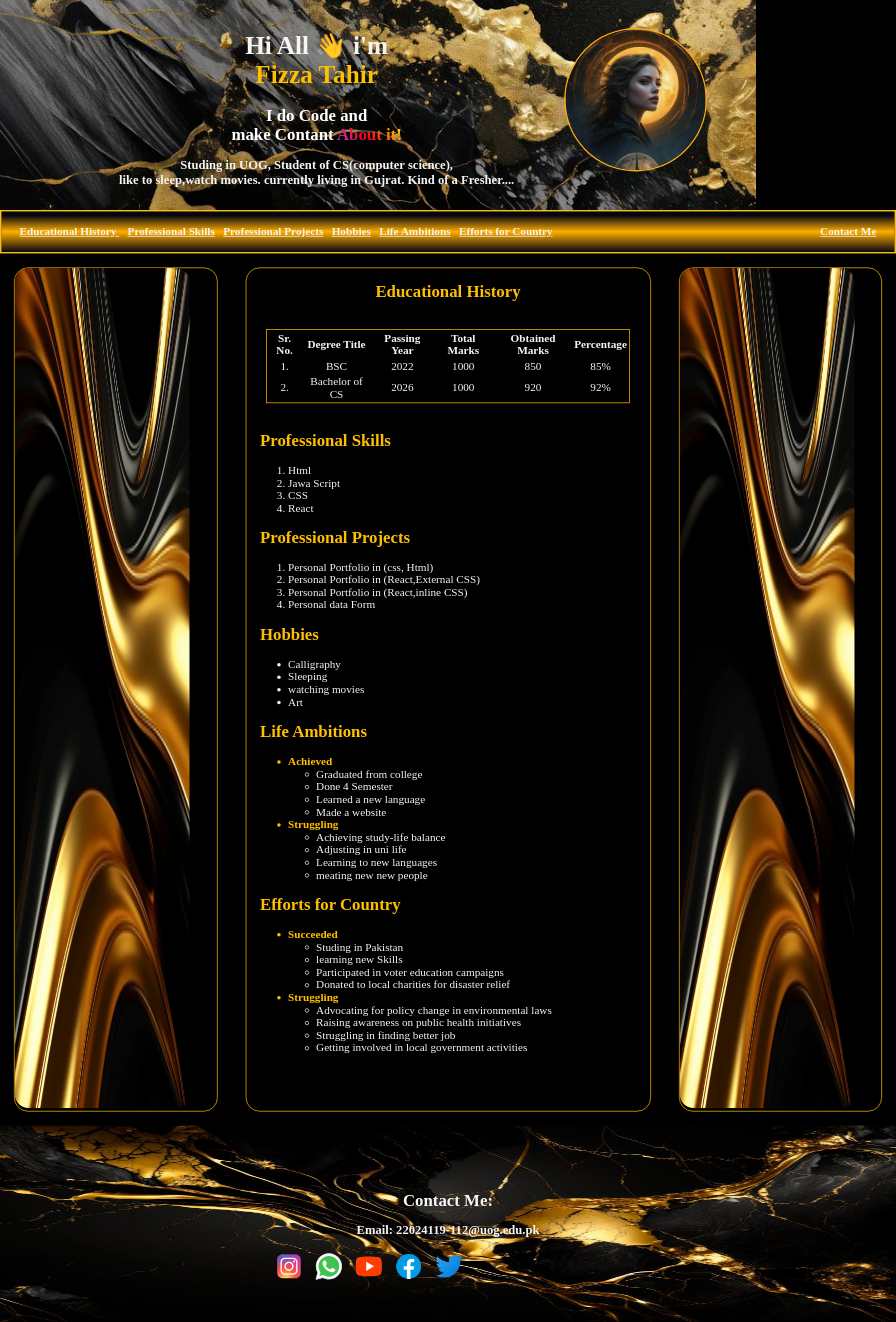
Repository: Fizza-112/project
Page: /
An editor plug-in stored every save of this project. The page is shown before and after the next save, followed by the edit.
The browser window is 1280 px wide. The pictures show the whole page, at 70% of full size.
The project was rebuilt for these pictures with package versions that can differ from the ones it lists, and the page was loaded fresh each time. Also part of the build but not shown: vite.config.ts.

Above is the page before, as saved 2024-09-20 14:23:13.

### src/App.tsx

import "./App.css"

import instaimg from "./components/icons8-insta.svg"
import whatsappimg from "./components/icons8-whatsapp.svg"
import youtubeimg from "./components/icons8-youtube.svg"
import facebookimg from "./components/facebook icon.png"
import twitterimg from "./components/twitter.png"
import marbelimg from "./components/marbel.webp"
import profimg from "./assets/WhatsApp Image 2024-09-20 at 8.07.10 AM.jpeg"
import sidedivimg from "./assets/sidediv.webp"
import contantimg from "./assets/bg.jpg"
const App = () => {
  return (
    <>
    <header>
    <div className="header-container">
      {/* Base image */}
      <img
        className="base-image"
         src={marbelimg}
        alt="Profile"
      />

      {/* Content inside the header */}
      <div className="header-content">
        <h1 className="header-text"><b>Hi All 👋 i'm <br/><span className="nam"> Fizza Tahir</span> </b></h1>
        <div> <h2 className="contant">I do Code and<br/> make Contant <span className="span">About it!</span> </h2></div>
        <p className="sub-text">Studing in UOG, Student of CS(computer science),<br/>
        like to sleep,watch movies. currently living in Gujrat. Kind of a Fresher....</p>
      </div>

      {/* Another image (e.g., profile or other image) on the right side */}
      <img
        className="side-image"
         src={profimg}
        alt="Profile on Right"
      />
    </div>

  </header>


    <nav id="nav">
      <div>
  <a href='#EducationalHistory'>Educational History </a>
  <a href='#ProfessionalSkills'>Professional Skills</a>
  <a href="#ProfessionalProjects">Professional Projects</a>
  <a href="#Hobbies">Hobbies</a>
  <a href="#life-ambitions">Life Ambitions</a>
  <a href="#efforts-for-country">Efforts for Country</a>
  </div>
  <div>
  <a href="#Contact-Me">Contact Me</a>
  </div>
</nav>

<div className="div">
<div id="blank-div">
  <img className="leftdiv"src={sidedivimg} alt="img" />
</div>

<div id='main-contant'>

  <div id="EducationalHistory">

    <h2 className='nam'>Educational History</h2>
        <table>
            <thead >
                <tr>
                    <th>Sr. No.</th>
                    <th>Degree Title</th>
                    <th>Passing Year</th>
                    <th>Total Marks</th>
                    <th>Obtained Marks</th>
                    <th>Percentage</th>
                </tr>
            </thead>
            <tbody>
                <tr>
                    <td>1.</td>
                    <td>BSC</td>
                    <td>2022</td>
                    <td>1000</td>
                    <td>850</td>
                    <td>85%</td>
                </tr>
                <tr>
                    <td>2.</td>
                    <td>Bachelor of CS</td>
                    <td>2026</td>
                    <td>1000</td>
                    <td>920</td>
                    <td>92%</td>
                </tr>
            </tbody>
        </table>

  </div>

  <div id="ProfessionalSkills">
<h2 className='nam'>Professional Skills</h2>
<ol>
<li>Html</li>
<li>Jawa Script</li>
<li>CSS</li>
<li>React</li>
</ol>
   </div>

  <div id="ProfessionalProjects">
<h2 className='nam'>Professional Projects</h2>
<ol>
<li>Personal Portfolio in (css, Html)</li>
<li>Personal Portfolio in (React,External CSS)</li>
<li>Personal Portfolio in (React,inline CSS)</li>
<li>Personal data Form</li>
</ol>
   </div>

  <div id="Hobbies">
<h2 className='nam'>Hobbies</h2>
<ul>
<li>Calligraphy</li>
<li>Sleeping</li>
<li>watching movies</li>
<li>Art</li>
</ul>
   </div>

   <div id="life-ambitions">
    <h2 className='nam'>Life Ambitions</h2>
    <ul>
      <li className='nam'><b >Achieved</b></li>
      <ul>
        <li>Graduated from college</li>
        <li>Done 4 Semester </li>
        <li>Learned a new language</li>
        <li>Made a website </li>
      </ul>
      <li className='nam'><b >Struggling</b></li>
      <ul>
        <li>Achieving study-life balance</li>
        <li>Adjusting in uni life</li>
        <li>Learning to new languages</li>
        <li>meating new new people</li>
      </ul>
    </ul>
    </div>

    <div id="efforts-for-country">
    <h2 className='nam'>Efforts for Country</h2>
    <ul>
      <li className='nam'><b >Succeeded</b></li>
      <ul>
        <li>Studing in Pakistan</li>
        <li>learning new Skills</li>
        <li>Participated in voter education campaigns</li>
        <li>Donated to local charities for disaster relief</li>
      </ul>
      <li className='nam'><b >Struggling</b></li>
      <ul>
        <li>Advocating for policy change in environmental laws</li>
        <li>Raising awareness on public health initiatives</li>
        <li>Struggling in finding better job</li>
        <li>Getting involved in local government activities</li>
      </ul>
    </ul>
  </div>

  </div>
  <div id="end">
  <img className="rightdiv"src={sidedivimg} alt="img" />
  </div>
  </div>

<div id="Contact-Me">
  <footer>
  <div className="footer-container">
      {/* Base image for footer */}
      <img
       className="footer-image"
       src={contantimg}
      alt="Profile"
      />

      {/* Footer content (heading and icons) */}
      <div className="footer-content">
        <h2 className="footer-heading">Contact Me:</h2>
        <h3 className="footer-email">Email: 22024119-112@uog.edu.pk</h3>

        {/* Social media icons */}
        <div className="social-icons">
        <a href="https://www.instagram.com/" target='_blank'><img src={instaimg} alt='icon' className='icons'></img></a>
  <a href="https://web.whatsapp.com/" target='_blank'><img src={whatsappimg} alt='icon' className='icons'></img></a>
  <a href="https://www.youtube.com/" target='_blank'><img src={youtubeimg} alt='icon' className='icons'></img></a>
  <a href="https://www.facebook.com/login/?next=https%3A%2F%2Fwww.facebook.com%2F" target='_blank'><img src={facebookimg} alt='icon' className='icons'></img></a>
  <a href="https://twitter.com/i/flow/login" target='_blank'><img src={twitterimg} alt='icon' className='icons'></img></a>

        </div>
      </div>
    </div>
    </footer>
  </div>
    </>
  )
}

export default App

### src/App.css
body{
  margin: 0px;
  padding: 0px;

  /* background-color:bisque;
  background-image: linear-gradient(19deg, bisque 0%, #989fff 100%);
   */
   /* background-color:bisque;
background-image: linear-gradient(62deg, bisque 0%, #945cfd 100%); */
/* background-color: #001886;
background-image: linear-gradient(43deg, #001886 0%, #05060f 46%, #001886  100%); */
background-color:black;



}
.header-container{
  display: flex;
  align-items: center;
  justify-content: center;
  width: 200%;
  height: 300px;
  /* color:aliceblue;
  background-color: #0c0c0c;
background-image: linear-gradient(43deg, gold 0%,#161516 46%, black 100%); */
position: relative;
max-width: 1080px;

}

.base-image{
  width: 200%;
  height: 300px;
 background-size:contain;
 object-fit: cover;
}
.header-content {
  position: absolute;
  top: 20px; /* Adjust padding from top */
  left: 20px; /* Adjust padding from left */
  color: white;

}
@media (max-width: 768px){
header{
  display: flex;
  align-items: center;
  justify-content: center;
  width: 100%;
  color:aliceblue;
  background-color: #001886;
  background-image: linear-gradient(180deg, #05060f 10%,#001886   50%, #05060f 100%);
/* background-image: linear-gradient(43deg, #001886 0%, #05060f 46%, #001886  100%);  */
max-width: 768px;
padding-left: 10px;
}
}

.header-text{
  /*
  /* color:#880808;
  color:#ffc000; */
 color: whitesmoke;
 text-align: center;
  font-size: 36px;
  font-weight: bold;
  margin-left: 150px;

}
.sub-text{
  color:whitesmoke;
  text-align: center;
  font-weight: 700;
  text-align: center !important;
  font-size: 18px;
  margin-left: 150px;
}
.contant{
  text-align: center;
  margin-left: 150px;
}
.span{

  background: -webkit-linear-gradient(43deg, #a241d0 0%, #f90118 46%, #fff500 100%);
  -webkit-background-clip: text;
  -webkit-text-fill-color: transparent;
}

.side-image{
  width: 200px;
  border-radius: 50%;
  margin-top: 20px;
  border:2px solid rgb(253, 171, 19);
  position: absolute;
  top: 20px;              /*  match header's top */
  right: 20px;             /* Position it on the right side */

  object-fit: cover; /* Maintain aspect ratio */
  display:block;
 margin-right: 50px;

}
.side-image:hover{
  border: 3px solid gold;
}
#nav{
  display: flex;
  align-items:center;
  justify-content: space-between;
   padding: 20px;
   background-color:  #001886;
   background-image: linear-gradient(180deg, #05060f 10%, rgb(255, 174, 0)   50%, #05060f 100%);
   /* background-image: linear-gradient(180deg, #001886 10%, #05060f 50%, #001886  100%); */
   /* background-color: #001886;
   background-image: linear-gradient(43deg, #001886 0%, #05060f 46%, #001886  100%);  */
  border: 2px solid #ffc000;
}
@media (max-width: 768px){
#nav{
  max-width: 798px;

  display: flex;
  align-items:center;
  justify-content: space-between;
   padding: 20px;
   background-color:  #001886;
   background-image: linear-gradient(180deg, #05060f 10%,#001886   50%, #05060f 100%);
   /* background-image: linear-gradient(180deg, #001886 10%, #05060f 50%, #001886  100%); */
   /* background-color: #001886;
   background-image: linear-gradient(43deg, #001886 0%, #05060f 46%, #001886  100%);  */
  border: 2px solid #ffc000;

}
}
.div{
  display: flex;


}
#blank-div{
width: 25%;
border: 1px solid #ffc000 ;
                    /*    left box contant border */
margin: 20px;
border-radius:20px;

}
.leftdiv{
  width:250px;
  height:1200px;
  border-radius:20px;
}
#main-contant{
  width: 50%;
  border: 1px solid #ffc000;      /*center contant border*/
  margin: 20px;
border-radius:20px;
}
#end{
  width: 25%;
  border: 1px solid #ffc000;     /*right contant border*/

  margin: 20px;
  border-radius:20px;

}
a{
  color: whitesmoke;
  margin: 6px;
  font-weight: 800;
}


table{
  border: 1px solid #ffc000;       /*table border*/
  justify-content:center;
  align-items:center;
  text-align: center;
 width: 90%;
  margin: 20px;
}
@media (max-width: 768px){
table{
  max-width: 768px;
  border: 1px solid #ffc000;       /*table border*/
  justify-content:center;
  align-items:center;
  text-align: center;
 width: 90%;
  margin: 20px;
}
}
#EducationalHistory{
  color:whitesmoke;
  width:100%;
  display:flex;
  flex-direction: column;
  justify-content: center;
  align-items:center;
}
#ProfessionalSkills{
  margin-left: 20px;
  color:whitesmoke;
}
#ProfessionalProjects{
  margin-left: 20px;
  color:whitesmoke;
}
#Hobbies{
  margin-left: 20px;
  color:whitesmoke;
}
#life-ambitions{
  margin-left: 20px;
  color:whitesmoke;
}
#efforts-for-country{
  margin-left: 20px;
  color:whitesmoke;
}
@media (max-width:768px){
#efforts-for-country{
  max-width: 768px;
  color:whitesmoke;
}
}
.nam{
  color:#ffc000;
}

.footer-container{
  text-align: center;
  /* background-color:  #001886;
background-image: linear-gradient(180deg, #05060f 10%,#001886   50%, #05060f 100%);
/*  */
  /* background-color: #001886;
  background-image: linear-gradient(43deg, #001886 0%, #05060f 46%, #001886  100%);  */
  color:whitesmoke;
  margin: 20px, 0px 0px, 0px;

  height: 150px;
  position: relative;
  width: 100%;
  margin-left: 0px;

}

.footer-image{
  width: 100%;
  height: 150px;
  margin-left: 0px;
  height: 280px;
  display: block;
}
.footer-content {
  position: absolute;
  top: 50%;
  left: 50%;
  transform: translate(-50%, -50%);
  color: white; /* White text for good contrast */
}

.footer-heading{
font-size: 24px;
  font-weight: bold;
  margin-bottom: 10px;
 color:whitesmoke;
 padding-top: 150px;


}
.footer-email{
  color:whitesmoke;
  font-size: 18px;
  margin-bottom: 20px;
}




.social-icons{
    display: flex;
    justify-content: center;
    align-items:center;
    width: 35px;
    height: 45px;
}
.icons{
  height: 45px;
  width:45px;
  align-items:center ;
}

.icons:hover{
  background: linear-gradient( #040708, #f5d106,black);
}


.rightdiv{
  width:250px;
  height:1200px;
  border-radius:20px;
}

Loaded but not shown: index.html (common file); src/main.tsx (common file); src/index.css (no stored copy; drawn as an empty file)

After the next save:
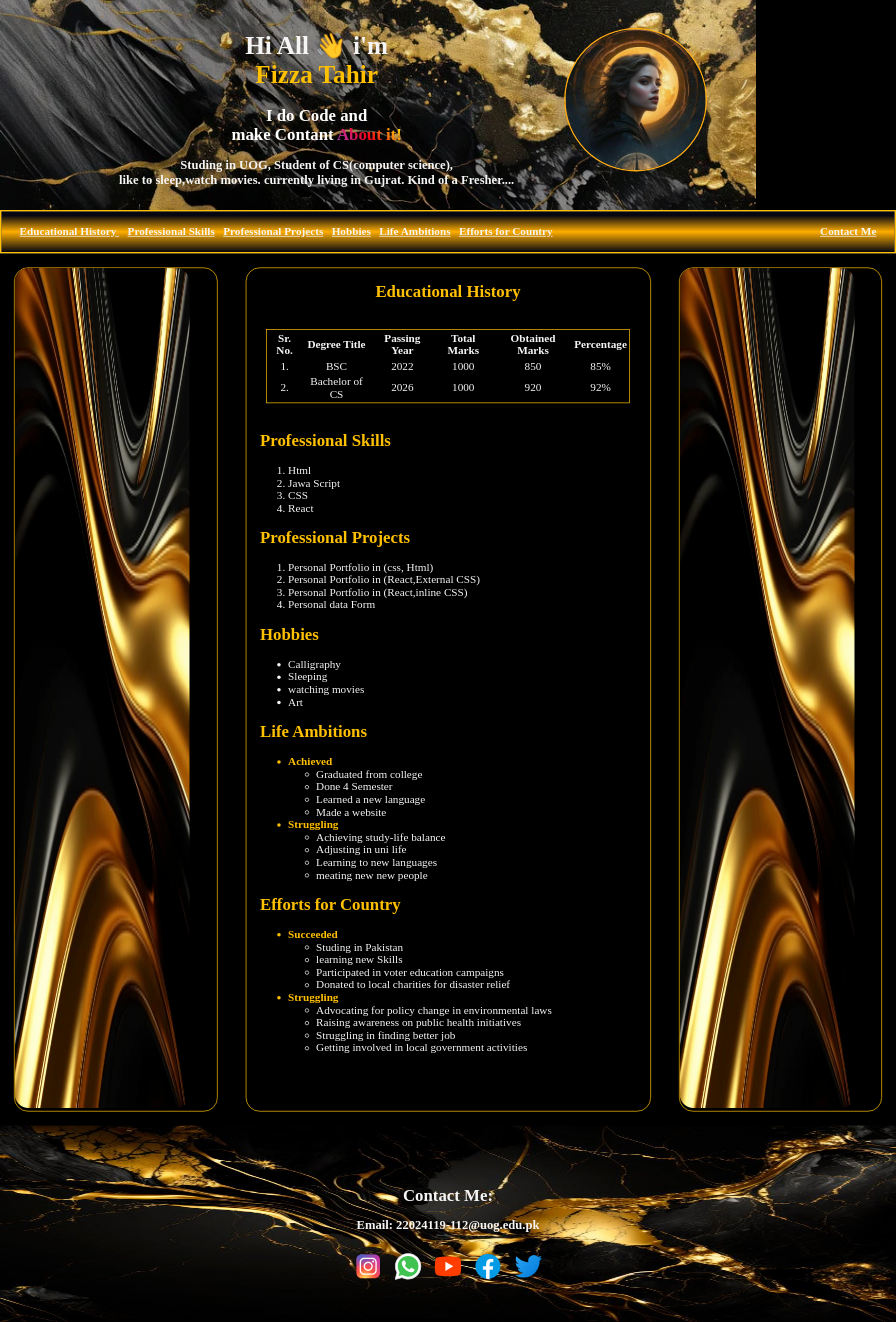
Saved 20 s later.
--- a/src/App.css
+++ b/src/App.css
@@ -282,8 +282,7 @@ font-size: 24px;
     display: flex;
     justify-content: center;
     align-items:center;
-    width: 35px;
-    height: 45px;
+
 }
 .icons{
   height: 45px;
